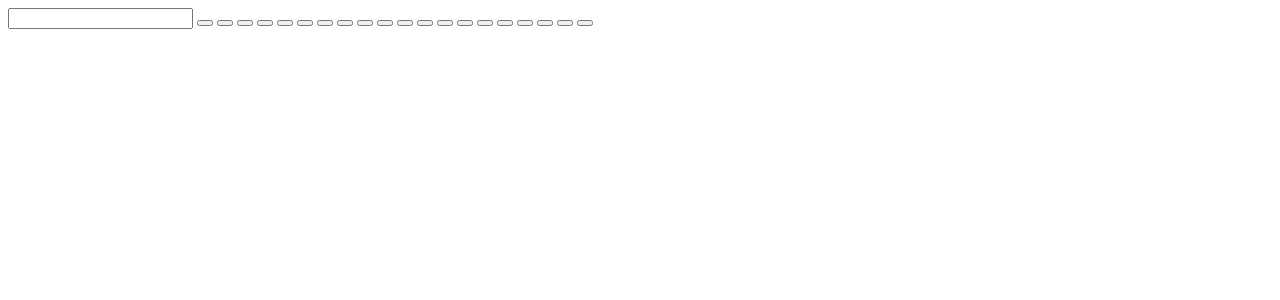
Repository: kirtivaishya/calculator
Page: index.html
The author's editor kept a copy of each file at every save. The page is drawn from the files as they stood at one save, then again after the next save.
The browser window is 1280 px wide. The pictures show the whole page.

Above is the page before, as saved 2021-10-14 10:34:48.

### index.html
<!DOCTYPE html>
<html lang="en">
<head>
    <meta charset="UTF-8">
    <meta name="viewport" content="width=device-width, initial-scale=1.0">
    <title>calculator</title>
</head>
<body>
    <section>
        <form action="">
            <input type="number">
            <button></button>
            <button></button>
            <button></button>
            <button></button>
            <button></button>
            <button></button>
            <button></button>
            <button></button>
            <button></button>
            <button></button>
            <button></button>
            <button></button>
            <button></button>
            <button></button>
            <button></button>
            <button></button>
            <button></button>
            <button></button>
            <button></button>
            <button></button>
        </form>
    </section>
    <script src="js/function.js"></script>
</body>
</html>

Loaded but not shown: js/function.js (no copy from this time; the picture is the same without it)

After the next save:
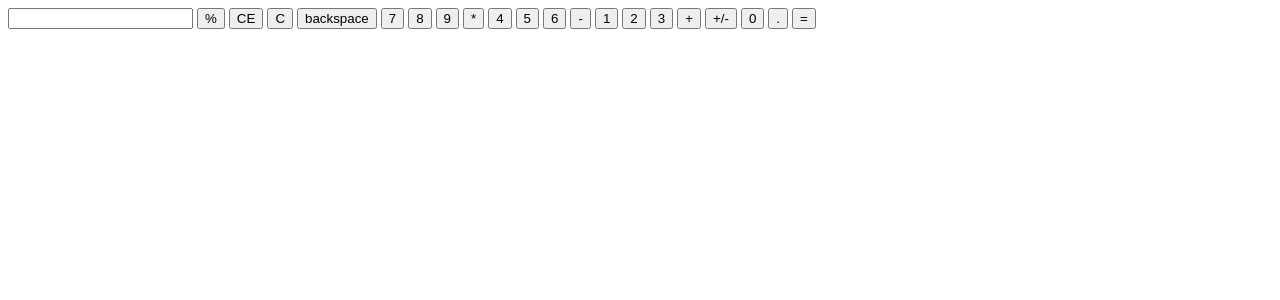
Saved 16 min 0 s later.
--- a/index.html
+++ b/index.html
@@ -9,26 +9,26 @@
     <section>
         <form action="">
             <input type="number">
-            <button></button>
-            <button></button>
-            <button></button>
-            <button></button>
-            <button></button>
-            <button></button>
-            <button></button>
-            <button></button>
-            <button></button>
-            <button></button>
-            <button></button>
-            <button></button>
-            <button></button>
-            <button></button>
-            <button></button>
-            <button></button>
-            <button></button>
-            <button></button>
-            <button></button>
-            <button></button>
+            <button>%</button>
+            <button>CE</button>
+            <button>C</button>
+            <button>backspace</button>
+            <button>7</button>
+            <button>8</button>
+            <button>9</button>
+            <button>*</button>
+            <button>4</button>
+            <button>5</button>
+            <button>6</button>
+            <button>-</button>
+            <button>1</button>
+            <button>2</button>
+            <button>3</button>
+            <button>+</button>
+            <button>+/-</button>
+            <button>0</button>
+            <button>.</button>
+            <button>=</button>
         </form>
     </section>
     <script src="js/function.js"></script>
